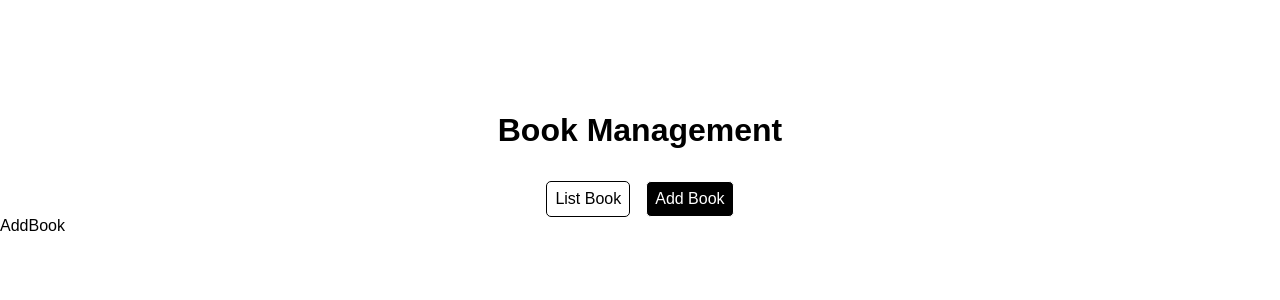
Repository: wakoya-tech/e-library-app1
Page: /add
An editor plug-in stored every save of this project. The page is shown before and after the next save, followed by the edit.
The browser window is 1280 px wide. The pictures show the whole page.
The project was rebuilt for these pictures with package versions that can differ from the ones it lists, and the page was loaded fresh each time. Also part of the build but not shown: vite.config.js, src/components/ListBook.jsx.

Above is the page before, as saved 2025-10-11 21:39:09.

After the next save:
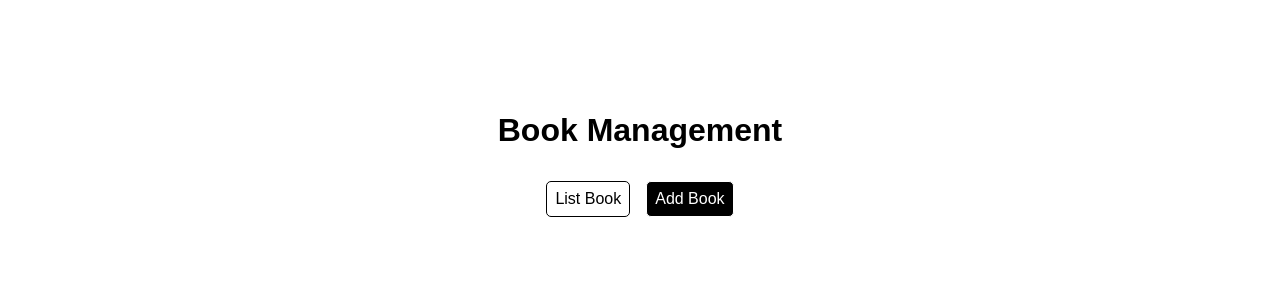
Saved 10 min 22 s later.
--- a/src/components/AddBook.jsx
+++ b/src/components/AddBook.jsx
@@ -1,7 +1,7 @@
 import React from "react";
 const AddBook = () =>{
     return(
-        <div>AddBook</div>
+        <div className="addForm"></div>
 
     )
 }
